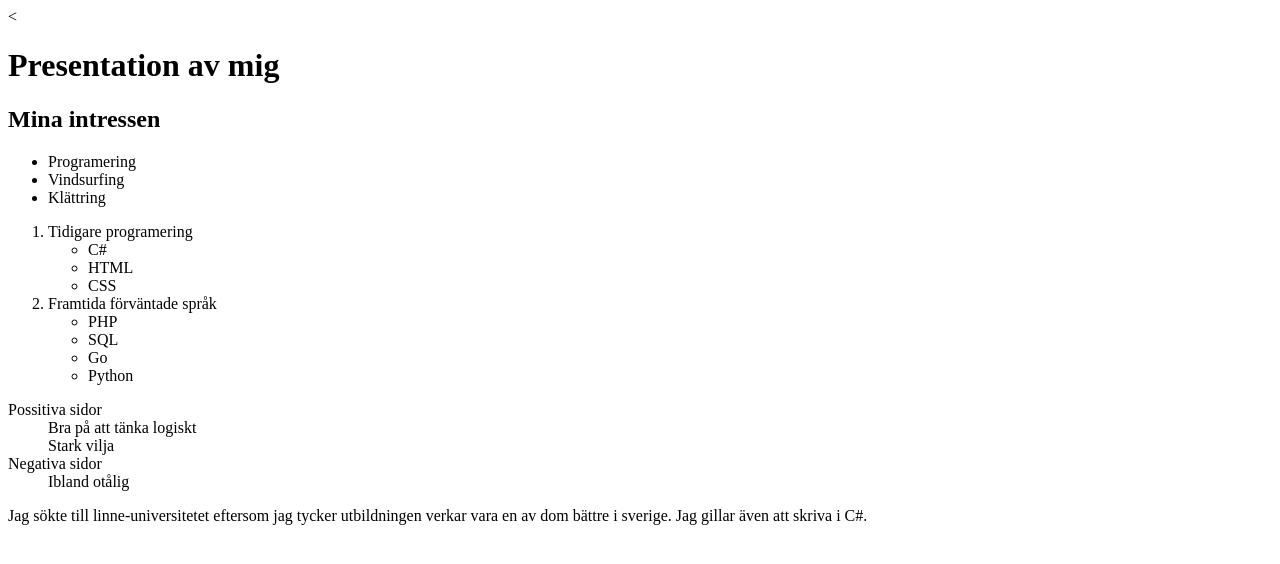
Repository: ss223ck/1ik415-laborationer
Page: pages/presentation.html
The author's editor kept a record of every edit. The page is drawn from the files as they stood at one moment, then again after the next edit.
The browser window is 1280 px wide. The pictures show the whole page.

Above is the page before.

### pages/presentation.html
<!doctype html>
<html>
    <head>
        <meta charset="utf-8"/>
        <<title>Min sida</title>
    </head>
    <body>
        <h1>Presentation av mig</h1>



        <h2>Mina intressen</h2>

        <ul>
            <li>Programering</li>
            <li>Vindsurfing</li>
            <li>Klättring</li>
        </ul>


        <ol>
            <li>Tidigare programering</li>
                <ul>
                    <li>C#</li>
                    <li>HTML</li>
                    <li>CSS</li>
                </ul>
            <li>Framtida förväntade språk</li>
                <ul>
                    <li>PHP</li>
                    <li>SQL</li>
                    <li>Go</li>
                    <li>Python</li>
                </ul>
        </ol>


        <!--Hade svårt att förstå hur man använde dl-taggen men tror jag lyckats få till det. -->
        <dl>
            <dt>Possitiva sidor</dt>
                <dd>Bra på att tänka logiskt</dd>
                <dd>Stark vilja</dd>
            <dt>Negativa sidor</dt>
                <dd>Ibland otålig</dd>
                <dd></dd>
        </dl>

        <p>Jag sökte till linne-universitetet eftersom jag tycker utbildningen verkar vara en av dom bättre i sverige. Jag gillar även att skriva i C#.</p>

    </body>
</html>

After the next edit:
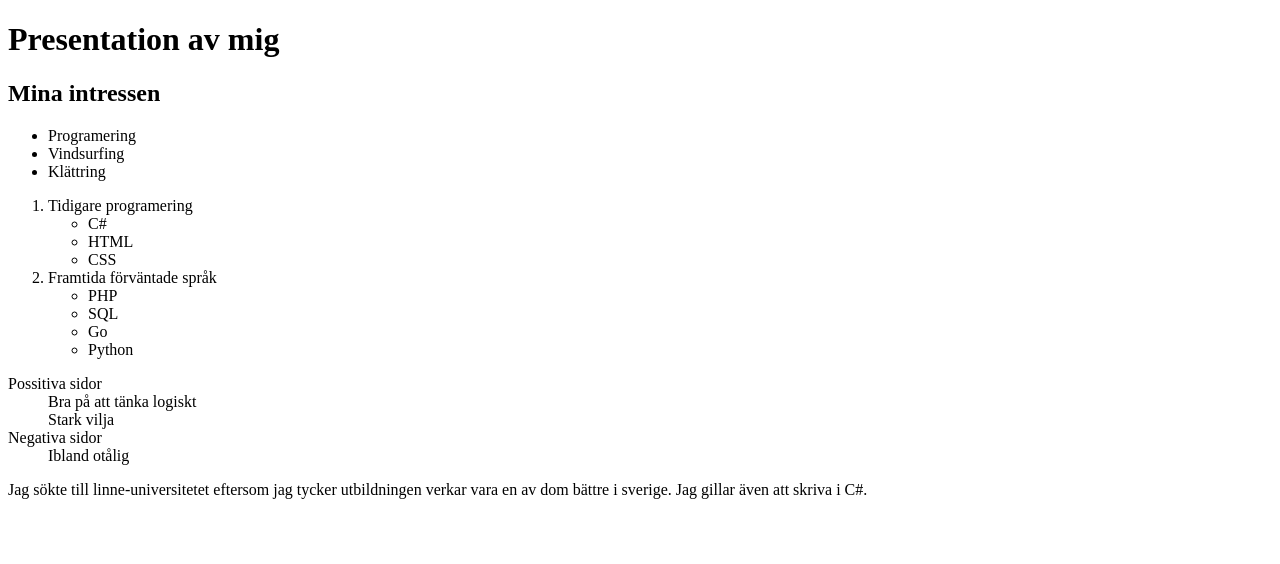
The edit:
--- a/pages/presentation.html
+++ b/pages/presentation.html
@@ -2,7 +2,7 @@
 <html>
     <head>
         <meta charset="utf-8"/>
-        <<title>Min sida</title>
+        <title>Min sida</title>
     </head>
     <body>
         <h1>Presentation av mig</h1>
